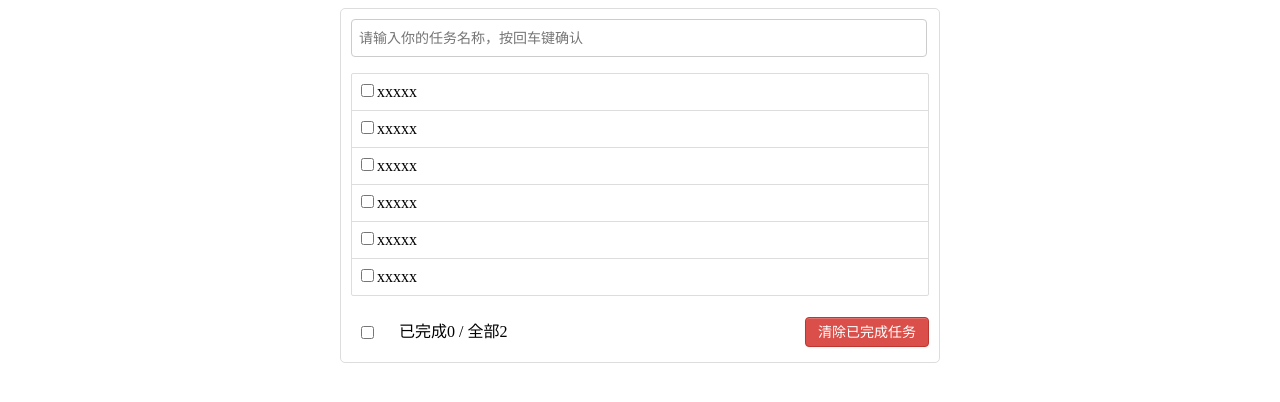
Repository: 1830734817/LabEx1_ReactSimpleWeb
Page: /
These files come from the project's save history. The page is drawn as it stood at one moment and after the next save; the edit follows.
The browser window is 1280 px wide. The pictures show the whole page.
The project was rebuilt for these pictures with package versions that can differ from the ones it lists, and the page was loaded fresh each time.

Above is the page before, as saved 2022-03-15 20:48:45.

### public/index.html
<!DOCTYPE html>
<html lang="en">
<head>
    <meta charset="UTF-8">
    <link rel="icon" href="%PUBLIC_URL%/favicon.ico" />
    <title>react脚手架</title>
</head>
<body>
    <div id="root">

    </div>
</body>
</html>

### src/index.js
//引入react核心库
import React from 'react'
//引入reactDOM
import ReactDOM from 'react-dom'
//引入App组件
import App from './App'

//渲染App组件到页面
ReactDOM.render(<App/>,document.getElementById('root'));

### src/App.js
import React, { Component } from 'react'
import Header from './components/Header'
import List from './components/List'
import Footer from './components/Footer'
import './App.css'

export default class App extends Component {
  render() {
    return (
        <div className="todo-container">
        <div className="todo-wrap">
          <Header/>
          <List/>
          <Footer/>
        </div>
      </div>
    )
  }
}

### src/components/Header/index.jsx
import React, { Component } from 'react'
import './index.css'

export default class Header extends Component {
  render() {
    return (
    <div className="todo-header">
      <input type="text" placeholder="请输入你的任务名称，按回车键确认"/>
    </div>
    )
  }
}

### src/components/List/index.jsx
import React, { Component } from 'react'
import Item from '../Item/Item'
import './index.css'

export default class List extends Component {
  render() {
    return (
      <ul className="todo-main">
        <Item/>
        <Item/>
        <Item/>
        <Item/>
        <Item/>
        <Item/>
      </ul>
    )
  }
}

### src/components/Footer/index.jsx
import React, { Component } from 'react'

export default class footer extends Component {
  render() {
    return (
    <div className="todo-footer">
      <label>
        <input type="checkbox"/>
      </label>
      <span>
        <span>已完成0</span> / 全部2
      </span>
      <button className="btn btn-danger">清除已完成任务</button>
    </div>
    )
  }
}

### src/App.css
/*base*/
body {
    background: #fff;
  }

  .btn {
    display: inline-block;
    padding: 4px 12px;
    margin-bottom: 0;
    font-size: 14px;
    line-height: 20px;
    text-align: center;
    vertical-align: middle;
    cursor: pointer;
    box-shadow: inset 0 1px 0 rgba(255, 255, 255, 0.2), 0 1px 2px rgba(0, 0, 0, 0.05);
    border-radius: 4px;
  }

  .btn-danger {
    color: #fff;
    background-color: #da4f49;
    border: 1px solid #bd362f;
  }

  .btn-danger:hover {
    color: #fff;
    background-color: #bd362f;
  }

  .btn:focus {
    outline: none;
  }

  .todo-container {
    width: 600px;
    margin: 0 auto;
  }
  .todo-container .todo-wrap {
    padding: 10px;
    border: 1px solid #ddd;
    border-radius: 5px;
  }



  /*item*/
  li {
    list-style: none;
    height: 36px;
    line-height: 36px;
    padding: 0 5px;
    border-bottom: 1px solid #ddd;
  }

  li label {
    float: left;
    cursor: pointer;
  }

  li label li input {
    vertical-align: middle;
    margin-right: 6px;
    position: relative;
    top: -1px;
  }

  li button {
    float: right;
    display: none;
    margin-top: 3px;
  }

  li:before {
    content: initial;
  }

  li:last-child {
    border-bottom: none;
  }

  /*footer*/
  .todo-footer {
    height: 40px;
    line-height: 40px;
    padding-left: 6px;
    margin-top: 5px;
  }

  .todo-footer label {
    display: inline-block;
    margin-right: 20px;
    cursor: pointer;
  }

  .todo-footer label input {
    position: relative;
    top: -1px;
    vertical-align: middle;
    margin-right: 5px;
  }

  .todo-footer button {
    float: right;
    margin-top: 5px;
  }

### src/components/Header/index.css
  /*header*/
  .todo-header input {
    width: 560px;
    height: 28px;
    font-size: 14px;
    border: 1px solid #ccc;
    border-radius: 4px;
    padding: 4px 7px;
  }

  .todo-header input:focus {
    outline: none;
    border-color: rgba(82, 168, 236, 0.8);
    box-shadow: inset 0 1px 1px rgba(0, 0, 0, 0.075), 0 0 8px rgba(82, 168, 236, 0.6);
  }

### src/components/Item/Item.jsx
import React, { Component } from 'react'
import './Item.css'

export default class Item extends Component {
  render() {
    return (
    <li>
        <label>
            <input type="checkbox"/>
            <span>xxxxx</span>
        </label>
        <button className="btn btn-danger" style={{display:'none'}}>删除</button>
    </li>
    )
  }
}

### src/components/List/index.css
  /*main*/
  .todo-main {
    margin-left: 0px;
    border: 1px solid #ddd;
    border-radius: 2px;
    padding: 0px;
  }

  .todo-empty {
    height: 40px;
    line-height: 40px;
    border: 1px solid #ddd;
    border-radius: 2px;
    padding-left: 5px;
    margin-top: 10px;
  }

### src/components/Item/Item.css

  /*item*/
  li {
    list-style: none;
    height: 36px;
    line-height: 36px;
    padding: 0 5px;
    border-bottom: 1px solid #ddd;
  }

  li label {
    float: left;
    cursor: pointer;
  }

  li label li input {
    vertical-align: middle;
    margin-right: 6px;
    position: relative;
    top: -1px;
  }

  li button {
    float: right;
    display: none;
    margin-top: 3px;
  }

  li:before {
    content: initial;
  }

  li:last-child {
    border-bottom: none;
  }

After the next save:
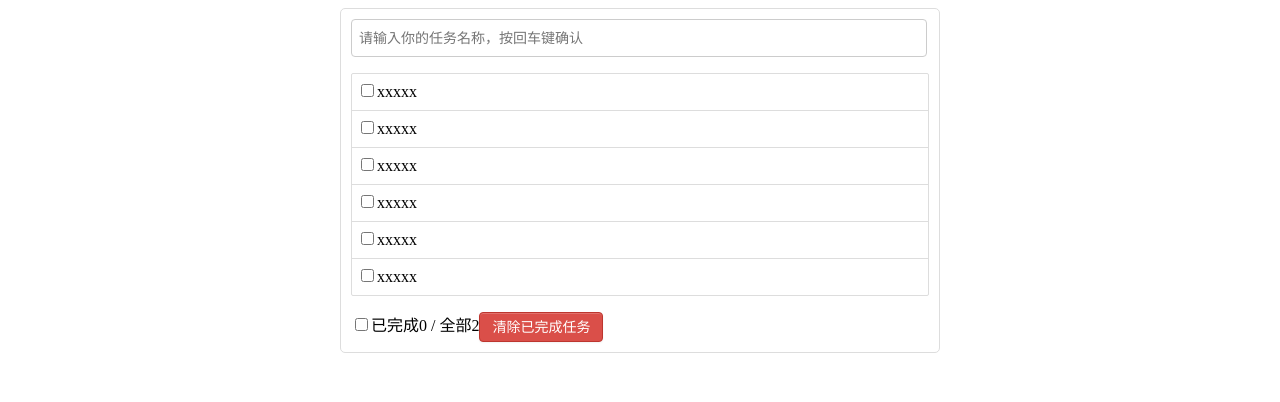
Saved 6 s later.
--- a/src/App.css
+++ b/src/App.css
@@ -40,66 +40,3 @@ body {
     border: 1px solid #ddd;
     border-radius: 5px;
   }
-
-
-
-  /*item*/
-  li {
-    list-style: none;
-    height: 36px;
-    line-height: 36px;
-    padding: 0 5px;
-    border-bottom: 1px solid #ddd;
-  }
-
-  li label {
-    float: left;
-    cursor: pointer;
-  }
-
-  li label li input {
-    vertical-align: middle;
-    margin-right: 6px;
-    position: relative;
-    top: -1px;
-  }
-
-  li button {
-    float: right;
-    display: none;
-    margin-top: 3px;
-  }
-
-  li:before {
-    content: initial;
-  }
-
-  li:last-child {
-    border-bottom: none;
-  }
-
-  /*footer*/
-  .todo-footer {
-    height: 40px;
-    line-height: 40px;
-    padding-left: 6px;
-    margin-top: 5px;
-  }
-
-  .todo-footer label {
-    display: inline-block;
-    margin-right: 20px;
-    cursor: pointer;
-  }
-
-  .todo-footer label input {
-    position: relative;
-    top: -1px;
-    vertical-align: middle;
-    margin-right: 5px;
-  }
-
-  .todo-footer button {
-    float: right;
-    margin-top: 5px;
-  }
